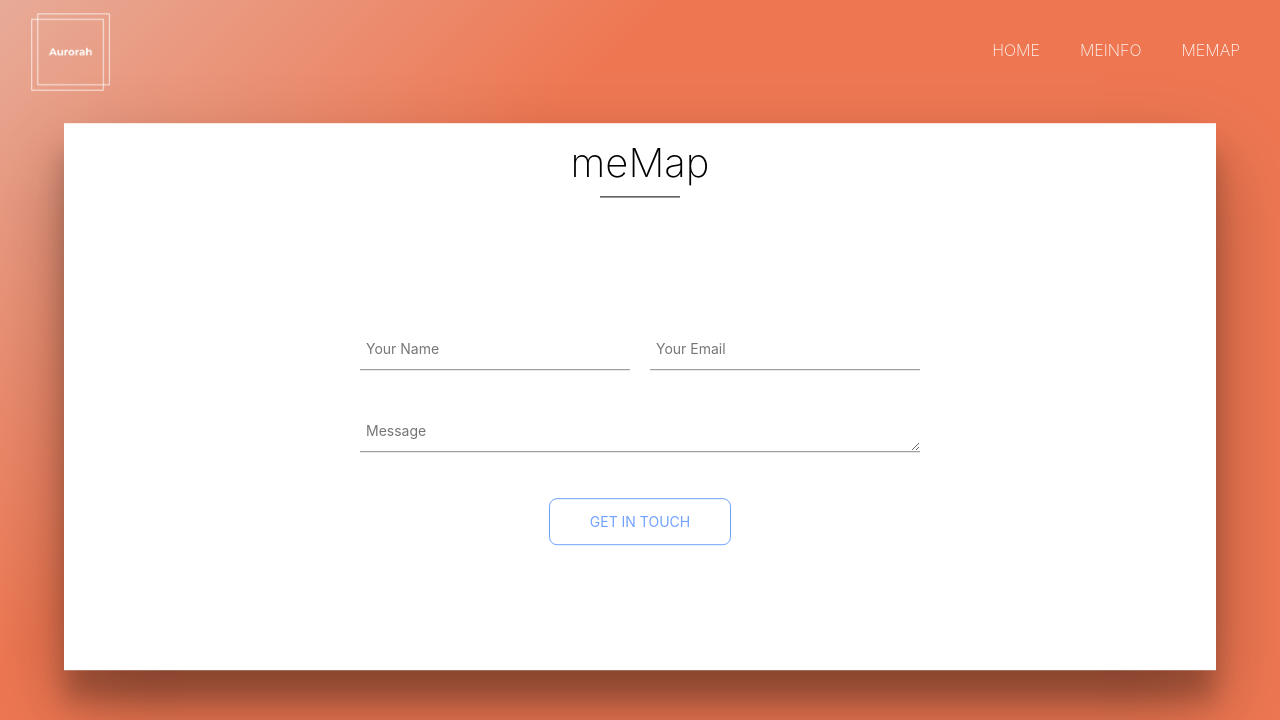
Repository: aasirvalji/saferMe
Page: /alt
The author's editor kept a copy of each file at every save. The page is drawn from the files as they stood at one save, then again after the next save.
The browser window is 1280 px wide. The pictures show the whole page.
An inner scrolling area shows only its first screen. The project was rebuilt for these pictures with package versions that can differ from the ones it lists, and the page was loaded fresh each time. Also part of the build but not shown: src/components/Landing.js, src/styles/Services.css, src/components/Services.js, src/styles/MapDisplay.css, src/mapStyles.js, src/components/MapDisplay.js, src/styles/AboutDisplay.css, src/components/AboutDisplay.js and 1 more.

Above is the page before, as saved 2020-02-15 11:55:41.

### public/index.html
<!DOCTYPE html>
<html lang="en">
  <head>
    <meta charset="utf-8" />
    <link rel="icon" href="%PUBLIC_URL%/favicon.ico" />
    <meta name="viewport" content="width=device-width, initial-scale=1" />
    <meta name="theme-color" content="#000000" />
    <meta
      name="description"
      content="Web site created using create-react-app"
    />
    <link rel="apple-touch-icon" href="%PUBLIC_URL%/logo192.png" />
    <!--
      manifest.json provides metadata used when your web app is installed on a
      user's mobile device or desktop. See https://developers.google.com/web/fundamentals/web-app-manifest/
    -->
    <link rel="manifest" href="%PUBLIC_URL%/manifest.json" />
    <!--
      Notice the use of %PUBLIC_URL% in the tags above.
      It will be replaced with the URL of the `public` folder during the build.
      Only files inside the `public` folder can be referenced from the HTML.

      Unlike "/favicon.ico" or "favicon.ico", "%PUBLIC_URL%/favicon.ico" will
      work correctly both with client-side routing and a non-root public URL.
      Learn how to configure a non-root public URL by running `npm run build`.
    -->

    <link
    rel="stylesheet"
    href="https://maxcdn.bootstrapcdn.com/bootstrap/4.3.1/css/bootstrap.min.css"
    integrity="sha384-ggOyR0iXCbMQv3Xipma34MD+dH/1fQ784/j6cY/iJTQUOhcWr7x9JvoRxT2MZw1T"
    crossorigin="anonymous"
  />

  <link rel="stylesheet" href="https://use.fontawesome.com/releases/v5.7.2/css/all.css" integrity="sha384-fnmOCqbTlWIlj8LyTjo7mOUStjsKC4pOpQbqyi7RrhN7udi9RwhKkMHpvLbHG9Sr" crossorigin="anonymous">

    <title>Aurorah</title>
  </head>
  <body>
    <noscript>You need to enable JavaScript to run this app.</noscript>
    <div id="root"></div>
    <!--
      This HTML file is a template.
      If you open it directly in the browser, you will see an empty page.

      You can add webfonts, meta tags, or analytics to this file.
      The build step will place the bundled scripts into the <body> tag.

      To begin the development, run `npm start` or `yarn start`.
      To create a production bundle, use `npm run build` or `yarn build`.
    -->
  </body>
</html>

### src/App.js
import React from 'react';
import './App.css';
import Navigate from './components/Navigate'
import Landing from './components/Landing'
import Services from './components/Services'
import MapDisplay from './components/MapDisplay'
import AltDisplay from './components/AltDisplay'
import AboutDisplay from './components/AboutDisplay'

import SampleDisplay from './components/SampleDisplay';


import {
  BrowserRouter as Router,
  Switch,
  Route,
} from "react-router-dom";

class App extends React.Component { //when working with any type of data, call it in App then pass to comp on interest

  constructor(props) {
    super(props);

  }

/* start api sample */
/*
  componentDidMount() {
    fetch("https://api.example.com/items")
      .then(res => res.json())
      .then(
        (result) => {
          this.setState({
            isLoaded: true,
            items: result.items
          });
        },
        // Note: it's important to handle errors here
        // instead of a catch() block so that we don't swallow
        // exceptions from actual bugs in components.
        (error) => {
          this.setState({
            isLoaded: true,
            error
          });
        }
      )
  }
  */
/* end api sample */
  render(){


  return (
    <Router>
    <div className="App">

    <Switch>

    <Route exact path="/">
    <div className='landing-div'>
    <Navigate></Navigate>
    <Landing></Landing>
    <img className='wave' src='https://www.ochrehealth.com.au/wp-content/uploads/2018/10/slider-wave.png' alt=''></img>  {/* wave pattern*/}
    </div>
    {/* services placement*/}
    {/* maps placement*/}
    </Route>

    <Route path="/about">
    <div className='about-background'>
    <Navigate></Navigate>

    <AboutDisplay></AboutDisplay>
    </div>
    </Route>

    <Route path="/map">
    <div className='map-background'>
    <Navigate></Navigate>

  <MapDisplay></MapDisplay>
    </div>
    </Route>

    <Route path="/graph">
    <div className='graph-background'>
    <Navigate></Navigate>


    </div>
    </Route>

    <Route path="/alt">
    <div className='alt-background'>
    <Navigate></Navigate>

    <AltDisplay></AltDisplay>
    </div>
    </Route>

    </Switch>

    </div>
    </Router>

  );
  }
}

export default App;

### src/App.css
.landing-div {
    height: 100vh;
	background: linear-gradient(-45deg, #ee7752, #e73c7e,#FF4136, #85144b);
	background-size: 400% 400%;
    animation: gradient 10s ease infinite;

}


@keyframes gradient {
	0% {
		background-position: 0% 50%;
	}
	50% {
		background-position: 100% 50%;
	}
	100% {
		background-position: 0% 50%;
	}
}

.landing-div .wave{
    margin-right: 20vh;
    height: 15vh;
    width: 100%;
    position: absolute;
    bottom: 0;
}

@media screen and (max-width:700px) {

    .landing-div {
        height: 110vh;
    }

    .landing-div .wave{
    display: none;
    }

}

.about-background{
    background: linear-gradient(-45deg, #23a6d5, #23a6d5,#23a6d5, #acceda);
    height: 100vh;
}

.map-background{
    background: linear-gradient(-45deg, #5444c4, #5444c4,#5444c4, #908ab9);
    height: 100vh;
}

.graph-background{
    background: linear-gradient(-45deg, #e73c7e, #e73c7e,#e73c7e, #e0a0b9);
    height: 100vh;
}

.alt-background{
    background: linear-gradient(-45deg, #ee7752, #ee7752,#ee7752, #e7ab98);
    height: 100vh;
}

### src/components/Navigate.js
import React from 'react';
import '../styles/Navigate.css';
import {}
from 'react-bootstrap';
import img from '../assets/Au.png'

import { Link } from "react-router-dom";


function Navigate() {
    return (
    <>
  <div class="header">
    <h2 class="logo"><img src={img}></img></h2>
    <input type="checkbox" id="chk"></input>
    <label for="chk" class="show-menu-btn">
      <i class="fas fa-ellipsis-h"></i>
    </label>

    <ul class="menu">
      <Link to="/"><a>Home</a></Link>
      {/*<Link to="/about"><a>About</a></Link>*/}
      <Link to="/alt"><a>meInfo</a></Link>
      <Link to="/map"><a>meMap</a></Link>
      {/*<Link to="/graph"><a>eGraph</a></Link>*/}

      <label for="chk" class="hide-menu-btn">
        <i class="fas fa-times"></i>
      </label>
    </ul>
  </div>
</>
);
}


export default Navigate;

### src/components/AltDisplay.js
import React from 'react';
import '../styles/AltDisplay.css'




class AltDisplay extends React.Component{

  constructor(props){
    super(props);

    this.state = {value: ''};

    this.handleChange = this.handleChange.bind(this);
    this.handleSubmit = this.handleSubmit.bind(this);
}

handleChange(event) {
  this.setState({value: event.target.value});
}

handleSubmit(event) {
  console.log(this.state.value);
  alert('A name was submitted: ' + this.state.value);
  event.preventDefault();
}

render(){
    return(
        <>

<div className='alt-con'>

<div className='alt-header'>
<h1>meMap</h1>
</div>

<form class="contact-section" onSubmit={this.handleSubmit}>
      <div class="inner-width">
        <input type="text" class="name" placeholder="Your Name" value={this.state.value} onChange={this.handleChange} ></input>
        <input type="email" class="email" placeholder="Your Email"></input>
        <textarea rows="1" placeholder="Message" class="message"></textarea>
        <button type='submit' value="Submit">Get in touch</button>
      </div>
    </form>

</div>

        </>
    )
}
}


export default AltDisplay;

### src/styles/Navigate.css
/* Start Navbar */

.header{
    height: 100px;
    background: transparent;
    padding: 0 20px;
    color: white;
    font-weight: 200;
  }
  .logo{
    line-height: 100px;
    float: left;
  }

  .header h2{
    font-weight: 200;
  }

  .header img{
    width: 12vh;
    height: 12vh;
    margin-left: 1vh;
  }

  .menu{
    float: right;
    line-height: 100px;
  }
  .menu a{
    color: white;
    text-transform: uppercase;
    text-decoration: none;
    padding: 0 10px;
    transition: 0.4s;
  }
  .show-menu-btn,.hide-menu-btn{
    transition: 0.4s;
    font-size: 30px;
    cursor: pointer;
    display: none;
  }
  .show-menu-btn{
    float: right;
  }
  .show-menu-btn i{
    line-height: 100px;
  }
  .menu a:hover,
  .show-menu-btn:hover,
  .hide-menu-btn:hover{
    transition: .5s;
    color: black;
  }

  #chk{
    position: absolute;
    visibility: hidden;
    z-index: -1111;
  }

  .content{
    padding: 0 20px;
  }
  .content img{
    width: 100%;
    max-width: 700px;
    margin: 20px 0;
  }
  .content p{
    text-align: justify;
  }

  @media screen and (max-width:800px) {
    .show-menu-btn,.hide-menu-btn{
      display: block;
    }
    .menu{
      position: fixed;
      width: 100%;
      height: 100vh;
      background: linear-gradient(-45deg, #ee7752, #e73c7e,#5444c4, #23a6d5);
      right: -100%;
      top: 0;
      text-align: center;
      padding: 80px 0;
      line-height: normal;
      transition: 0.7s;
      z-index: 1000;
    }
    .menu a{
      display: block;
      padding: 20px;
    }

    .menu a:hover{
      cursor: pointer;
    }

    .hide-menu-btn{
      position: absolute;
      top: 40px;
      right: 40px;
    }
    #chk:checked ~ .menu{
      right: 0;
    }
  }

  /* End Navbar */

### src/styles/Landing.css


  * {
    box-sizing: border-box;
    margin: 0;
    padding: 0;
  }


  h1 {
    line-height: 1.3;

  }

  img {
    width: 90%;
  }

  .container {
    max-width: 1200px;
    margin: auto;
    padding: 0 2rem;
    margin-top: 13vh;
  }

  .container h1, p{
    margin-top: 10vh;
    color: white;
  }

  .main-header{
    -webkit-animation: fadein 4s; /* Safari, Chrome and Opera > 12.1 */
    -moz-animation: fadein 4s; /* Firefox < 16 */
     -ms-animation: fadein 4s; /* Internet Explorer */
      -o-animation: fadein 4s; /* Opera < 12.1 */
         animation: fadein 4s;
  }

  .main-subheader{
    -webkit-animation: fadein 4s; /* Safari, Chrome and Opera > 12.1 */
    -moz-animation: fadein 4s; /* Firefox < 16 */
     -ms-animation: fadein 4s; /* Internet Explorer */
      -o-animation: fadein 4s; /* Opera < 12.1 */
         animation: fadein 4s;
  }

  .section-a {
    margin: 2rem 0;
  }

  .section-a .container {
    display: grid;
    grid-template-columns: 1fr 1fr;
    grid-gap: 3rem;
    align-items: center;
    justify-content: center;
  }

  .section-a h1 {
    font-size: 4rem;
    font-weight: 200;
  }

  .section-a p {
    font-size: 1.1rem;
    margin: 1rem 0 0 .775vh;
    font-weight: 200;
  }

  .floating{
    animation-name: floating;
    animation-duration: 3s;
    animation-iteration-count: infinite;
    animation-timing-function: ease-in-out;
    z-index: 100;
  }


  @keyframes floating {
    from { transform: translate(0,  0px); }
    50%  { transform: translate(0, 20px); }
    to   { transform: translate(0, -0px); }
}

  @media (max-width: 700px) {
    .section-a .container {
      grid-template-columns: 1fr;
      text-align: center;
    }

    .section-a .container div:first-child {
      order: 2;
    }

    .section-a .container div:nth-child(2) {
      order: -1;
    }

    .section-a img {
      width: 80%;
      margin: auto;
    }
  }

/* fade in animation*/

@keyframes fadein {
  from { opacity: 0; }
  to   { opacity: 1; }
}

/* Firefox < 16 */
@-moz-keyframes fadein {
  from { opacity: 0; }
  to   { opacity: 1; }
}

/* Safari, Chrome and Opera > 12.1 */
@-webkit-keyframes fadein {
  from { opacity: 0; }
  to   { opacity: 1; }
}

/* Internet Explorer */
@-ms-keyframes fadein {
  from { opacity: 0; }
  to   { opacity: 1; }
}

/* Opera < 12.1 */
@-o-keyframes fadein {
  from { opacity: 0; }
  to   { opacity: 1; }
}

### src/styles/AltDisplay.css
/* Try adding wave to Navbar */

.alt-con{
    transform: translateY(1vh);
    color: black;
    width: 90%;
    height: 76vh;
    margin: 15px auto;
    background: white;
    overflow: hidden;
    position: relative;
    top: 0;
    -webkit-box-shadow: 0 38px 76px rgba(0, 0, 0, 0.3), 0 30px 24px rgba(0, 0, 0, 0.22);
            box-shadow: 0 38px 76px rgba(0, 0, 0, 0.3), 0 30px 24px rgba(0, 0, 0, 0.22);
            overflow-y: auto;
}

.alt-con p{
    color: white;
}

.alt-header h1{
    color: black;
    text-align: center;
    font-weight: 200;
    margin-top: 2vh;
    margin-bottom: 8vh;
}

.alt-header h1:after {

    content: '';
    transform: translateY(1vh);
    margin: auto;
    border-bottom: .1vh solid black;
    width: 11vh;
    display: block;

}

.alt-details p{
    font-weight: 300;
    margin: auto;
    color: black;
    text-align: center;
    width: 50%;
    margin-bottom: 3vh;
}

.alt-details img{
    display: block;
    margin: 0 auto;
    height: 40vh;
    width: 50vh;
}

/* sample */

.middle{
    position: relative;
    margin: auto;
  }

  .task-list{
    width: 400px;
    padding: 40px;
    background: linear-gradient(-45deg, #ee7752, #ee7752,#ee7752, #e7ab98);
    background-size: cover;
  }
  .task-list h2{
    color: #fff;
    font-weight: 220;
  }
  .task{
    display: flex;
    padding: 10px 0;
    align-items: center;
    cursor: pointer;
    font-weight: 220;
  }

  .task input{
    position: absolute;
    visibility: hidden;
  }

  .task i{
    display: inline-block;
    width: 48px;
    height: 48px;
    border-radius: 50%;
    border: 1px solid white;
    text-align: center;
    line-height: 48px;
    font-size: 20px;
    margin-right: 14px;
    color: transparent;
  }

  .text{
    font-size: 18px;
    color: #fff;
  }

  .task input:checked ~ i{
    color: white;
  }

  .task input:checked ~ .text{
    text-decoration: line-through;
    color: white;
  }












  .contact-section{
    background: transparent;
    padding: 80px 0;
    text-align: center;
  }

  .inner-width{
    max-width: 600px;
    margin: auto;
    padding: 0 20px;
  }

  .contact-section h1{
    font-size: 20px;
    color: #888;
    margin-bottom: 40px;
    text-transform: uppercase;
    letter-spacing: 4px;
    font-weight: 400;
  }

  .name,.email,.message{
    background: none;
    border:none;
    outline: none;
    border-bottom: 1px solid;
    color: #888;
    padding: 10px 6px;
    font-size: 14px;
    margin-bottom: 40px;
  }

  .name{
    float: left;
    width: 270px;
  }

  .email{
    float: right;
    width: 270px;
  }

  .message{
    min-width: 100%;
    max-width: 100%;
  }


  .contact-section button{
    background: none;
    color: #70a1ff;
    border: 1px solid #70a1ff;
    padding: 12px 40px;
    border-radius: 8px;
    text-transform: uppercase;
    font-size: 14px;
    transition: 0.4s linear;
    cursor: pointer;
  }

  .contact-section button:hover{
    background: #70a1ff;
    color: #fff;
  }


  @media screen and (max-width:600px){
    .name,.email{
      width: 100%;
    }
  }

Loaded but not shown: src/index.js (common file); src/index.css (common file); src/serviceWorker.js (common file)

After the next save:
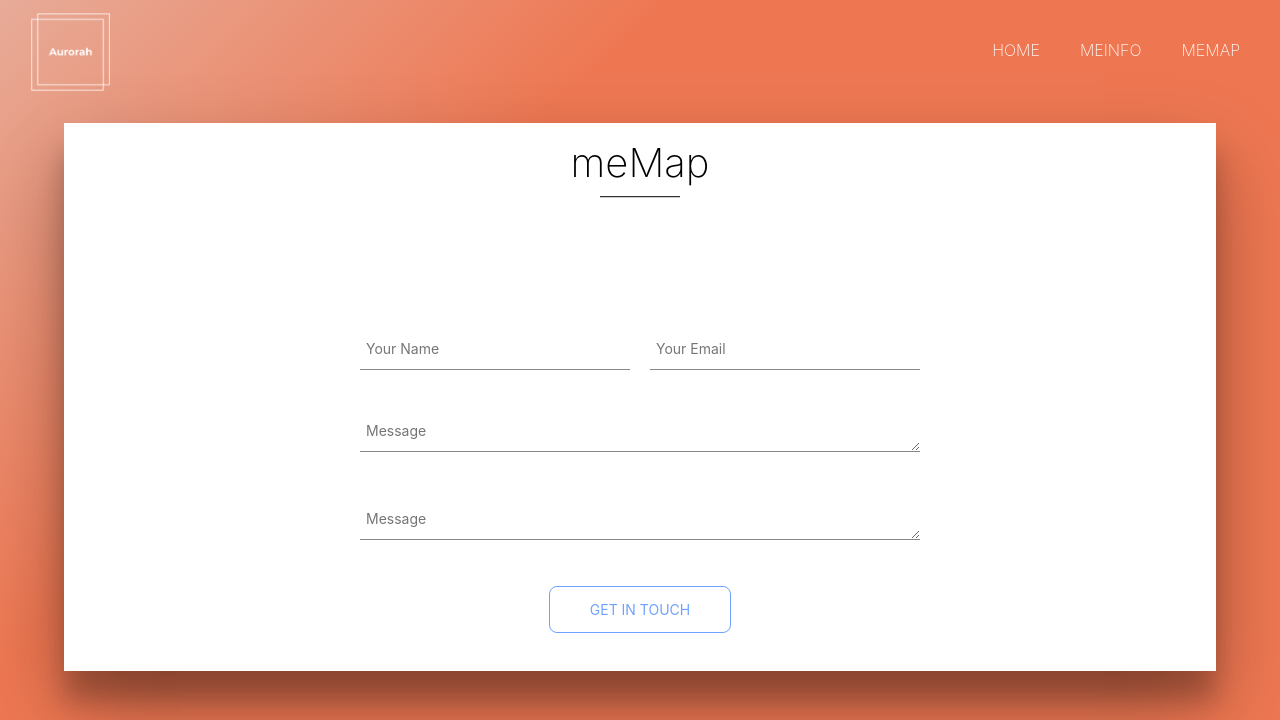
Saved 24 s later.
--- a/src/components/AltDisplay.js
+++ b/src/components/AltDisplay.js
@@ -40,6 +40,7 @@ render(){
         <input type="text" class="name" placeholder="Your Name" value={this.state.value} onChange={this.handleChange} ></input>
         <input type="email" class="email" placeholder="Your Email"></input>
         <textarea rows="1" placeholder="Message" class="message"></textarea>
+        <textarea rows="1" placeholder="Message" class="message"></textarea>
         <button type='submit' value="Submit">Get in touch</button>
       </div>
     </form>
